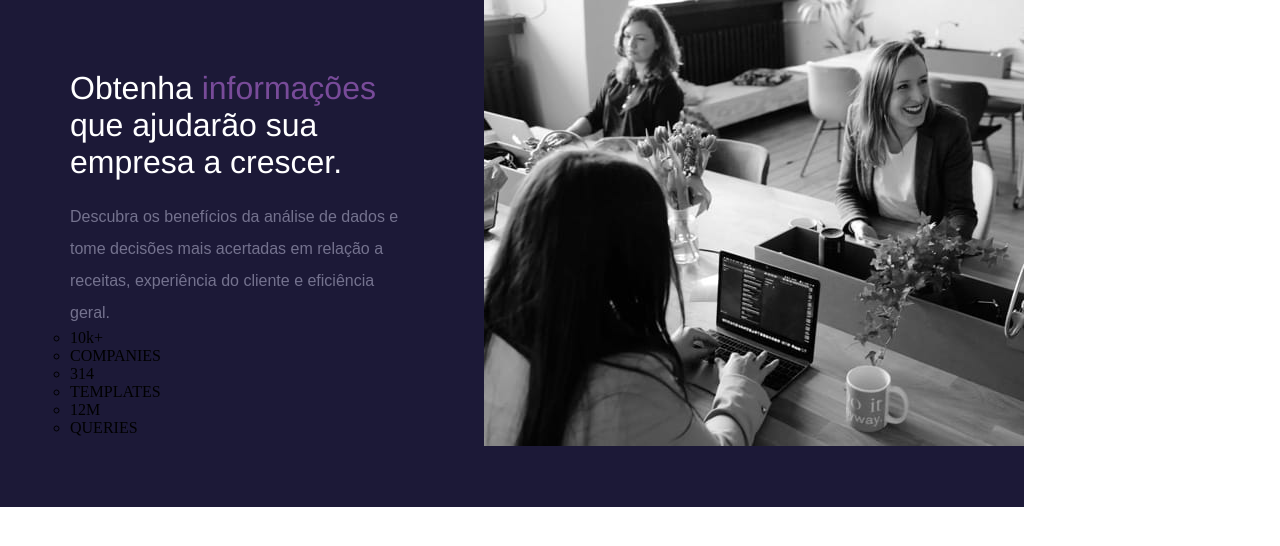
Repository: caique2512/componentes-de-estatisticas
Page: index.html
The author's editor kept a copy of each file at every save. The page is drawn from the files as they stood at one save, then again after the next save.
The browser window is 1280 px wide. The pictures show the whole page.

Above is the page before, as saved 2026-03-03 17:19:44.

After the next save:
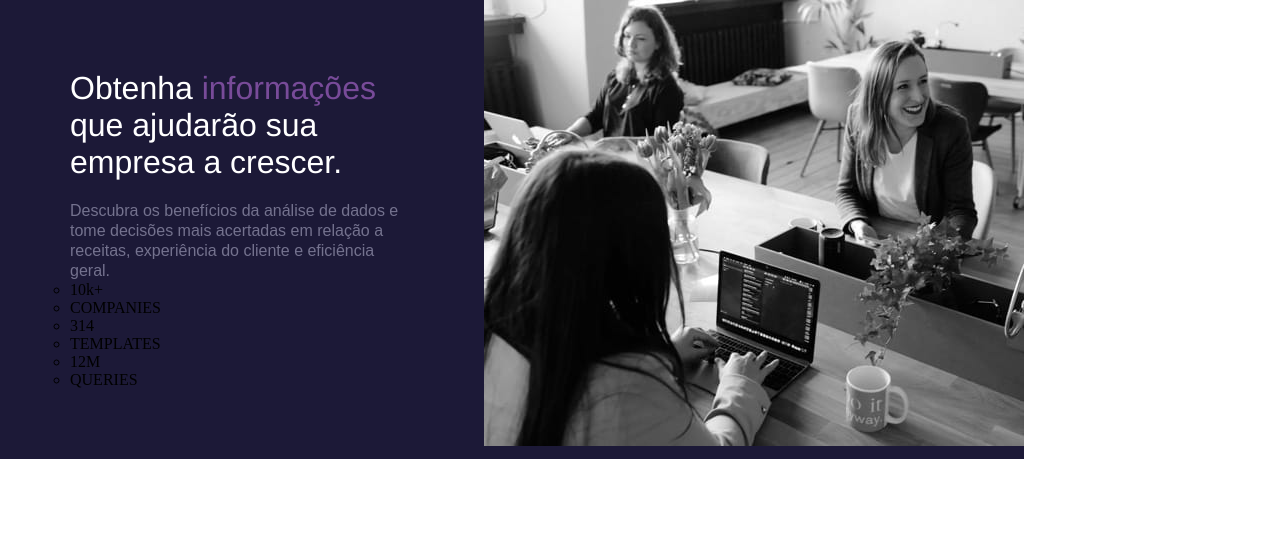
Saved 6 s later.
--- a/src/estilos.css
+++ b/src/estilos.css
@@ -23,5 +23,5 @@
 .conteudo-principal .subtitulo {
     color: #74728e;
     font-family: Arial, Helvetica, sans-serif;
-    line-height: 2rem;
+    line-height: 1.25rem;
 }
